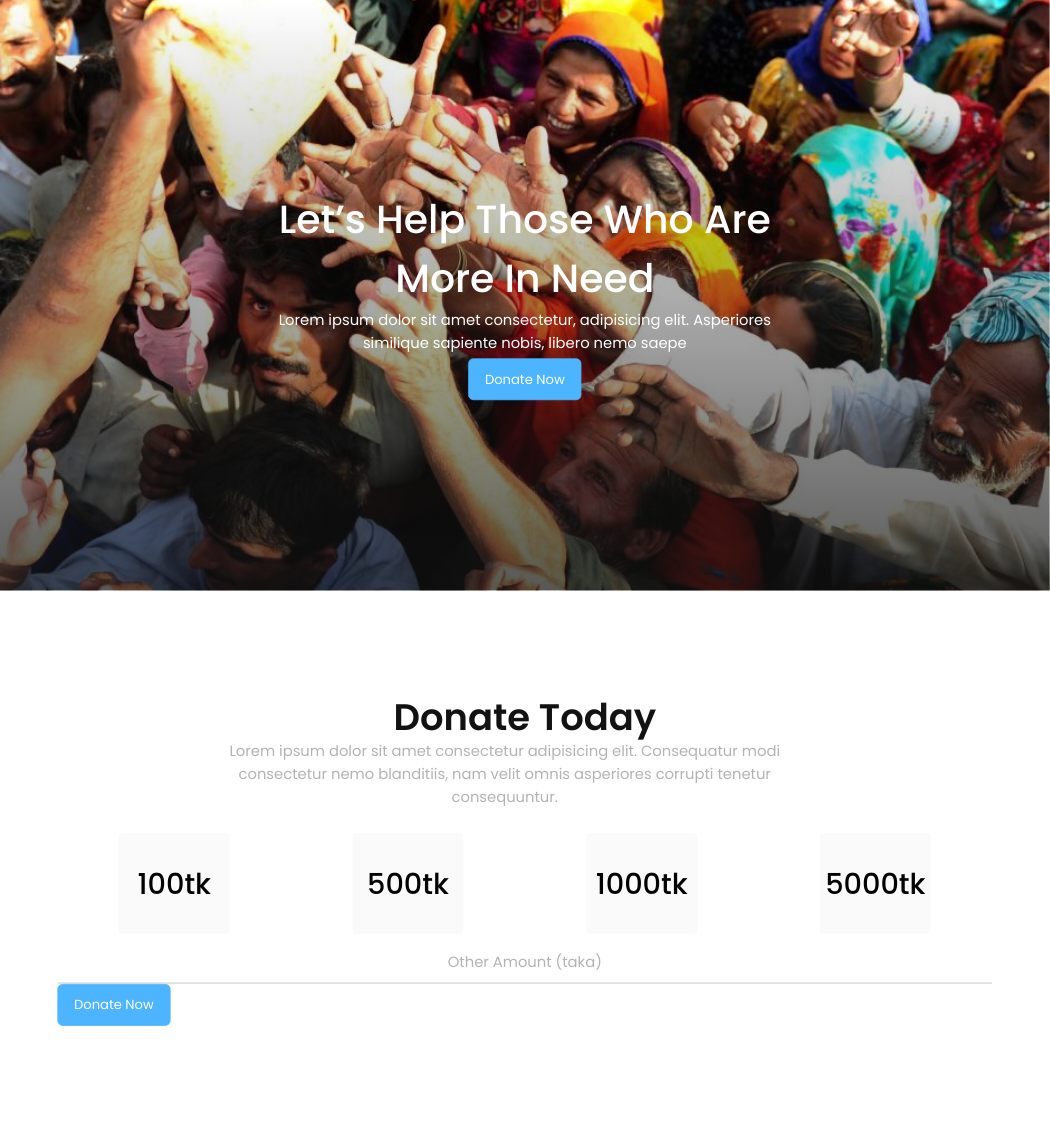
Repository: mdrubel02/donate-website
Page: index.html
The author's editor kept a copy of each file at every save. The page is drawn from the files as they stood at one save, then again after the next save.
The browser window is 1280 px wide. The pictures show the whole page, at 82% of full size.

Above is the page before, as saved 2022-07-06 13:51:01.

### index.html
<!DOCTYPE html>
<html lang="en">

<head>
    <meta charset="UTF-8">
    <meta http-equiv="X-UA-Compatible" content="IE=edge">
    <meta name="viewport" content="width=device-width, initial-scale=1.0">
    <title>Our Donate Website</title>
    <link rel="stylesheet" href="./index.css">
</head>

<body>
    <!-- banner section -->
    <section class="banner-section">
        <div class="banner-content">
            <h1>Let’s Help Those Who Are More In Need</h1>
            <p class="small-title">Lorem ipsum dolor sit amet consectetur, adipisicing elit. Asperiores similique
                sapiente nobis, libero nemo saepe</p>
            <a href="" class="btn btn-primary">Donate Now</a>
        </div>
    </section>

    <!-------- Donate Today------->
    <section class="container">
        <div class="donate-section">
            <h2 class="section-title">Donate Today</h2>
            <div class="middle">
                <p class="small-title">Lorem ipsum dolor sit amet consectetur adipisicing elit. Consequatur modi consectetur nemo blanditiis, nam velit omnis asperiores corrupti tenetur consequuntur.</p>
            </div>
            <div class="donate-today">
                <div class="donate-content">
                    <h3>100<span>tk</span> </h3>
                </div>
                <div class="donate-content">
                    <h3>500<span>tk</span> </h3>
                </div>
                <div class="donate-content">
                    <h3>1000<span>tk</span> </h3>
                </div>
                <div class="donate-content">
                    <h3>5000<span>tk</span> </h3>
                </div>

            </div>
            <p>Other Amount <span>(taka)</span></p>
        </div>
        <hr>
        <a href="" class="btn btn-primary">Donate Now</a>
    </section>
</body>

</html>

### index.css
/* =====GOOGLE FONTS====== */
@import url('https://fonts.googleapis.com/css2?family=Poppins:wght@300;400;500;600&display=swap');

/* =====COMMON STYLES====== */
* {
    margin: 0;
    padding: 0;
    border: 0;
    outline: 0;
    list-style: none;
    text-decoration: none;
}

body {
    font-family: 'Poppins', sans-serif;
}

h1,
h2,
h3,
h4,
h5,
h6 {
    font-weight: 500;
}

img {
    display: block;
    width: 100%;
    object-fit: cover;
}

.container {
    max-width: 1200px;
    margin: 0 auto;
    padding: 0 30px;
    margin-top: 10%;
    margin-bottom: 10%;
    box-sizing: border-box;
}

a {
    color: #fff;
    transition: all 400ms ease;
}

a:hover {
    color: #fff;
}

.btn {
    text-align: center;
    width: max-content;
    display: inline-block;
    color: #fff;
    padding: 0.75rem 1.2rem;
    border-radius: 0.4rem;
    border: 1px solid #4db5ff;
    cursor: pointer;
    transition: all 400ms ease;
}

.btn:hover {
    background: #fff;
    color: #4db5ff;
    border: 1px solid #4db5ff;
}

.btn-primary {
    background: #4db5ff;
    color: #fff;
}

.section-title {
    color: #121212;
    font-weight: 700;
    font-size: 45px;
    line-height: 54px;
    text-align: center;
}

.small-title {
    font-family: 'Poppins';
    font-style: normal;
    font-weight: 400;
    font-size: 18px;
    line-height: 28px;
    text-align: center;
}

hr {
    border: 1px solid #DADADA;
}


/* ========BANNER SECTION STYLE======== */

.banner-section {
    background-image: url(./images/donation0.jpg);
    background-repeat: no-repeat;
    background-size: cover;
    background-position: center center;
    height: 100vh;
    width: 100%;
    position: relative;
    z-index: 1;
    display: flex;
    flex-direction: column;
    justify-content: center;
    align-items: center;
    text-align: center;
}

.banner-section:after {
    content: "";
    position: absolute;
    top: 0;
    left: 0;
    width: 100%;
    height: 100%;
    background: linear-gradient(360deg, #121212 0%, rgba(18, 18, 18, 0) 100%);
    opacity: .7;
    z-index: -5;
}

.banner-content {
    width: 50%;
}

.banner-content h1 {
    font-size: 3rem;
    color: #fff;
}

.banner-content p {
    margin-bottom: 5px;
    color: #fff;
}

/*=========== Donate section style========= */
.donate-today {
    display: flex;
    justify-content: space-around;

}

.donate-content {
    width: 135px;
    height: 123px;
    background: #FAFAFA;
    border-radius: 5px;
    font-size: 30px;
    font-weight: 700;
    line-height: 36px;
    display: flex;
    justify-content: center;
    align-items: center;
    margin: 1.2rem 0;
    transition: all 400ms ease;
}

.donate-content:hover {
    border: 2px solid #FF5959;
    border-radius: 5px;
    color: #FF5959;
}

.middle {
    width: 691px;
    margin-left: 200px;
}

.donate-section p {
    font-weight: 400;
    font-size: 18px;
    line-height: 28px;
    color: #B3B3B3;
    text-align: center;
    margin-bottom: .7rem;
}

After the next save:
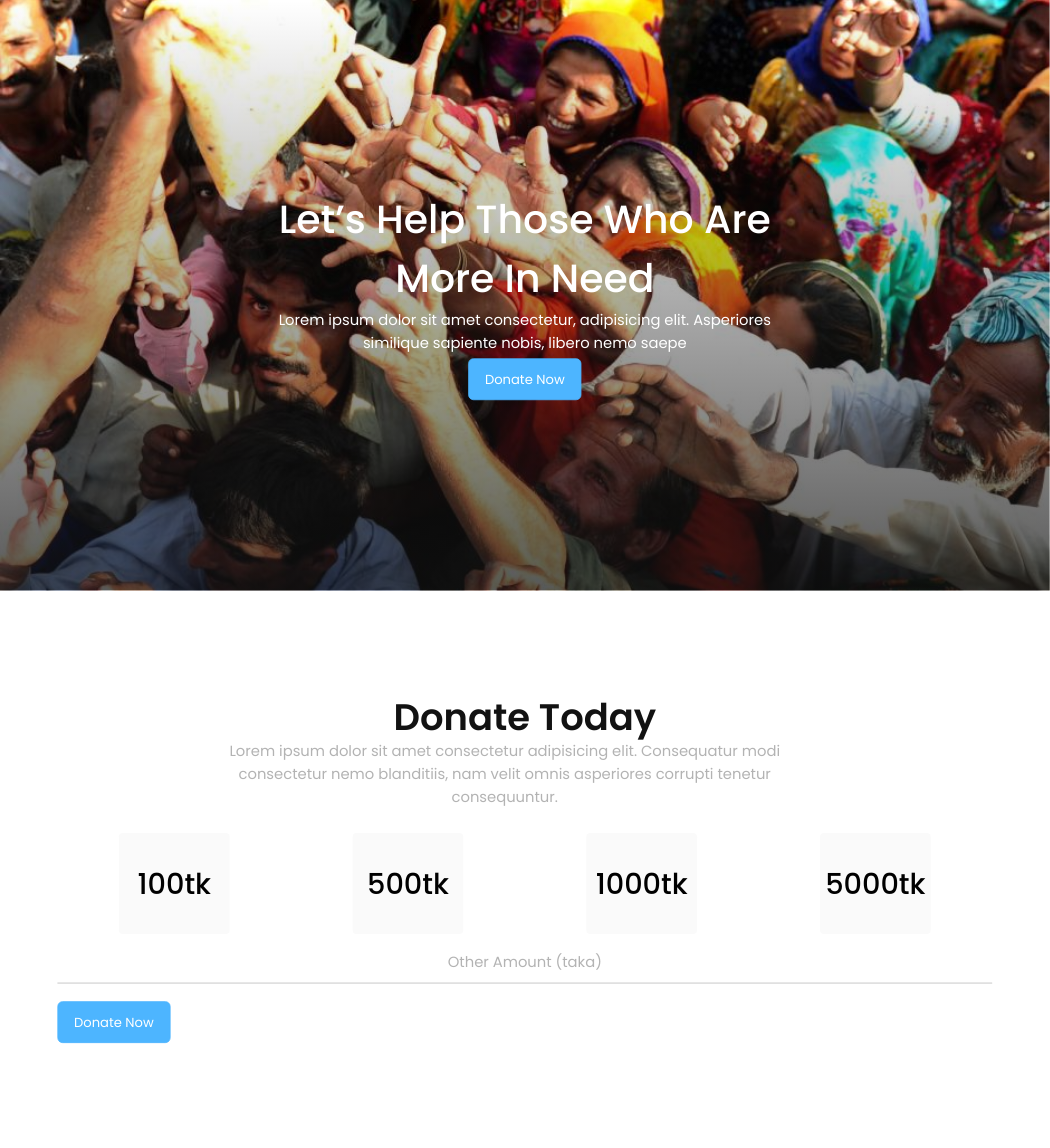
Saved 47 s later.
--- a/index.css
+++ b/index.css
@@ -90,6 +90,7 @@ a:hover {
 
 hr {
     border: 1px solid #DADADA;
+    margin-bottom: 1.3rem;
 }
 
 
